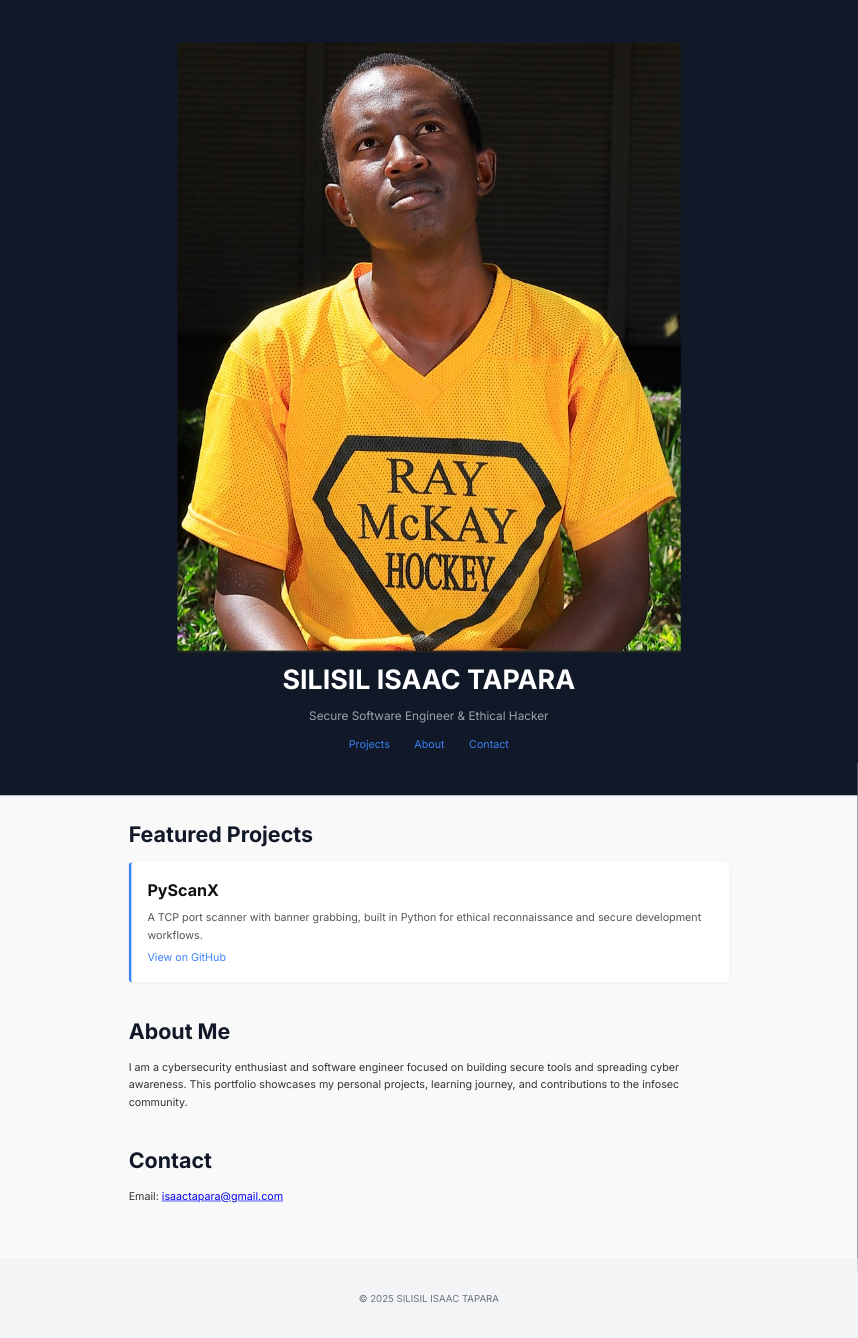
Repository: isaactapara/isaactapara.github.io
Page: index.html
These files come from the project's save history. The page is drawn as it stood at one moment and after the next save; the edit follows.
The browser window is 1280 px wide. The pictures show the whole page, at 67% of full size.

Above is the page before, as saved 2025-07-17 10:23:28.

### index.html
<!DOCTYPE html>
<html lang="en">
<head>
  <meta charset="UTF-8" />
  <meta name="viewport" content="width=device-width, initial-scale=1.0"/>
  <title>SILISIL ISAAC TAPARA | Cybersecurity Portfolio</title>
  <link rel="stylesheet" href="style.css" />
  <link href="https://fonts.googleapis.com/css2?family=Inter:wght@400;600;700&display=swap" rel="stylesheet" />
</head>
<body>
  <header>
    <div class="container text-center">
      <img src="assets/isaac.jpg" alt="Profile Photo" class="profile-photo" />
      <h1>SILISIL ISAAC TAPARA</h1>
      <p class="subtitle">Secure Software Engineer & Ethical Hacker</p>
      <nav>
        <a href="#projects">Projects</a>
        <a href="#about">About</a>
        <a href="#contact">Contact</a>
      </nav>
    </div>
  </header>

  <main class="container">
    <section id="projects">
      <h2>Featured Projects</h2>

      <div class="project-card">
        <h3>PyScanX</h3>
        <p>A TCP port scanner with banner grabbing, built in Python for ethical reconnaissance and secure development workflows.</p>
        <a href="https://github.com/isaactapara/PyScanx" target="_blank">View on GitHub</a>
      </div>

    </section>

    <section id="about">
      <h2>About Me</h2>
      <p>I am a cybersecurity enthusiast and software engineer focused on building secure tools and spreading cyber awareness. This portfolio showcases my personal projects, learning journey, and contributions to the infosec community.</p>
    </section>

    <section id="contact">
      <h2>Contact</h2>
      <p>Email: <a href="mailto:isaactapara@gmail.com">isaactapara@gmail.com</a></p>
    </section>
  </main>

  <footer>
    <div class="container">
      <p>&copy; 2025 SILISIL ISAAC TAPARA</p>
    </div>
  </footer>
</body>
</html>

### style.css
* {
  box-sizing: border-box;
  margin: 0;
  padding: 0;
}

body {
  font-family: 'Inter', sans-serif;
  background: #f9f9f9;
  color: #333;
  line-height: 1.6;
}

.container {
  max-width: 960px;
  margin: 0 auto;
  padding: 2rem;
}

header {
  background: #111827;
  color: white;
  padding: 2rem 0;
  text-align: center;
}

header h1 {
  font-size: 2.5rem;
  margin-bottom: 0.5rem;
}

.subtitle {
  font-size: 1.1rem;
  color: #9ca3af;
}

nav {
  margin-top: 1rem;
}

nav a {
  margin: 0 1rem;
  color: #3b82f6;
  text-decoration: none;
  font-weight: 500;
}

nav a:hover {
  text-decoration: underline;
}

main section {
  margin-bottom: 3rem;
}

h2 {
  font-size: 2rem;
  color: #111827;
  margin-bottom: 1rem;
}

.project-card {
  background: white;
  padding: 1.5rem;
  border-left: 4px solid #3b82f6;
  box-shadow: 0 2px 5px rgba(0,0,0,0.05);
  margin-bottom: 1.5rem;
  border-radius: 6px;
}

.project-card h3 {
  font-size: 1.5rem;
  color: #111;
  margin-bottom: 0.5rem;
}

.project-card p {
  color: #555;
  margin-bottom: 0.5rem;
}

.project-card a {
  color: #3b82f6;
  font-weight: 500;
  text-decoration: none;
}

.project-card a:hover {
  text-decoration: underline;
}

footer {
  background: #f3f4f6;
  text-align: center;
  padding: 1rem;
  font-size: 0.9rem;
  color: #6b7280;
}

After the next save:
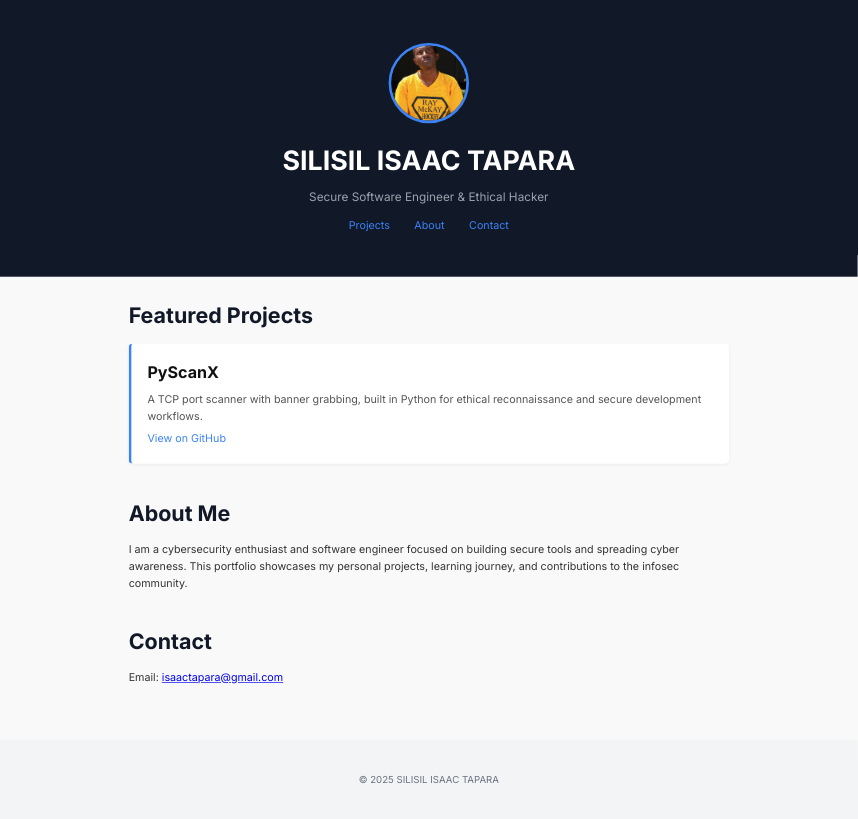
Saved 73 s later.
--- a/style.css
+++ b/style.css
@@ -96,3 +96,12 @@ footer {
   font-size: 0.9rem;
   color: #6b7280;
 }
+
+.profile-photo {
+  width: 120px;
+  height: 120px;
+  border-radius: 50%;
+  object-fit: cover;
+  margin-bottom: 1rem;
+  border: 4px solid #3b82f6;
+}
